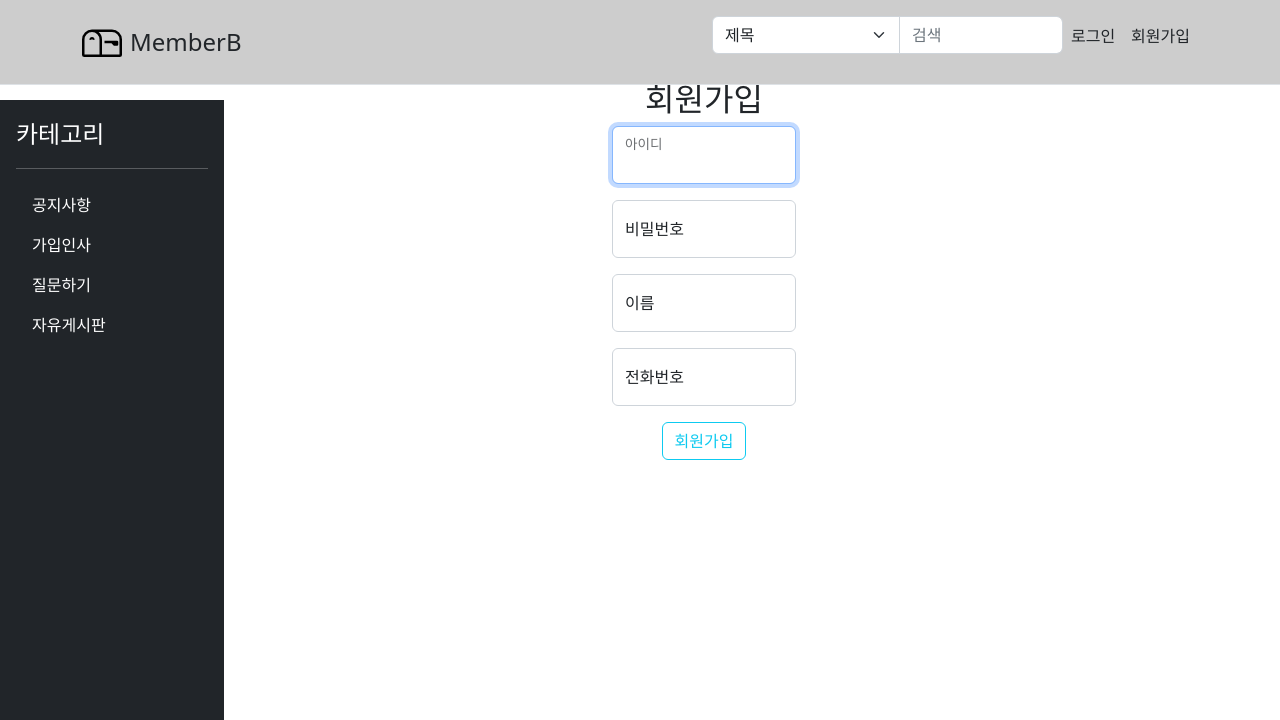
Repository: charmErin/board_220915
Page: http://localhost/board/WEB-INF/views/member/save.jsp
The author's editor kept a copy of each file at every save. The page is drawn from the files as they stood at one save, then again after the next save.
The browser window is 1280 px wide. The pictures show the whole page.
The page is served by Tomcat 9. Nobody is signed in. Other server files are loaded and not shown. The template is opened directly, without the code that normally fills it, so the values that code supplies are empty.

Above is the page before, as saved 2022-09-16 02:48:24.

### board/src/main/webapp/WEB-INF/views/member/save.jsp
<%@ page language="java" contentType="text/html; charset=UTF-8"
    pageEncoding="UTF-8"%>
<!DOCTYPE html>
<html>
<head>
<meta charset="UTF-8">
<title>Insert title here</title>
<script src="https://code.jquery.com/jquery-3.6.0.min.js"></script>
</head>
<style>
	.body-content {
		margin-top: 5rem;
		margin-left: 15rem;
		padding-left: 3rem;
		padding-right: 10rem;
	}

	h2 {
		text-align: center;
		margin-bottom: 50px;
	}
</style>
<body>
	<%@include file ="../layout/header.jsp" %>
	<div class="body-content">
	<div class="container col-3">
		<h2>회원가입</h2>
		<form action="/member/save" method="post" name="saveForm">
			<div class="form-floating mb-3">
			  <input type="text" name="loginId" class="form-control" id="loginId" onblur="idCheck()" placeholder="아이디" autofocus>
			  <label for="loginId">아이디</label>
			</div>
			<p id="id-check-msg"></p>
			<div class="form-floating mb-3">
			  <input type="password" name="memberPassword" class="form-control" id="floatingInput" placeholder="비밀번호">
			  <label for="floatingInput">비밀번호</label>
			</div>
			<div class="form-floating mb-3">
			  <input type="text" name="memberName" class="form-control" id="floatingInput" placeholder="이름">
			  <label for="floatingInput">이름</label>
			</div>
			<div class="form-floating mb-3">
			  <input type="text" name="memberMobile" class="form-control" id="floatingInput" placeholder="전화번호">
			  <label for="floatingInput">전화번호</label>
			</div>
			<input type="button" class="btn btn-outline-info d-grid mx-auto" onclick="memberSave()" value="회원가입">
		</form>
	</div>
	</div>
</body>
<script>
	let dupCheck = false;

	const idCheck = () => {
		const loginId = document.getElementById("loginId").value;
		const idCheckMsg = document.getElementById("id-check-msg");

		if (loginId.legnth != 0) {

			$.ajax({
				type: "post",
				url: "/member/dup-check",
				data: {"loginId": loginId},
				dataType: "text",
				success: function(result) {
					if (result == "ok") {
						dupCheck = true;
						idCheckMsg.innerHTML = '사용가능한 아이디 입니다.';
						idCheckMsg.style.color = 'green';
					} else {
						dupCheck = false;
						idCheckMsg.innerHTML = '이미 사용중인 아이디입니다.';
						idCheckMsg.style.color = 'red';
					}
				}
			});
		} else {
			idCheckMsg.innerHTML = "필수 입력 항목입니다.";
			idCheckMsg.style.color = "red";
		}
	}

	const memberSave = () => {
		if (dupCheck) {
			saveForm.submit();
		} else {
			document.getElementById("loginId").focus();
			alert("아이디를 확인해 주세요.");
		}
	}

</script>
</html>

### board/src/main/webapp/WEB-INF/views/layout/header.jsp
<%@ page language="java" contentType="text/html; charset=UTF-8"
    pageEncoding="UTF-8"%>
<%@ taglib uri="http://java.sun.com/jsp/jstl/core" prefix="c" %>
<%@ taglib prefix="fmt" uri="http://java.sun.com/jsp/jstl/fmt" %>
<!DOCTYPE html>
<html>
<head>
<meta charset="UTF-8">
<link href="https://cdn.jsdelivr.net/npm/bootstrap@5.2.1/dist/css/bootstrap.min.css" rel="stylesheet" integrity="sha384-iYQeCzEYFbKjA/T2uDLTpkwGzCiq6soy8tYaI1GyVh/UjpbCx/TYkiZhlZB6+fzT" crossorigin="anonymous">
<title>Insert title here</title>
<style>
	header {
		background: #CDCDCD;
	}

	.side-bar {
		width: 14rem;
		height: 100%;
		margin-top: 2rem;
		position: fixed;
		display: inline !important;
	}
</style>
</head>
<body>
	<header class="py-3 border-bottom header-fix fixed-top">
		<div class="container d-flex flex-wrap justify-content-center">
			<a href="/" class="d-flex align-items-center mb-3 mb-lg-0 me-lg-auto text-dark text-decoration-none">
				<img src="../../../resources/svg/mailbox.svg" width="40" height="40">
				<span class="fs-4 m-2">
					MemberB
				</span>
			</a>
			<form class="col-md-auto" action="/board/search" method="get">
				<div class="input-group">
					<select class="form-select" name="searchType">
						<option value="boardTitle">제목</option>
						<option value="boardWriter">작성자</option>
						<option value="boardContetns">내용</option>
					</select>
					<input class="form-control col-2" type="text" name="q" placeholder="검색" aria-label="Search">
				</div>
			</form>
			<div>
				<c:choose>
					<c:when test="${sessionScope.id == null}">
						<ul class="nav">
							<li class="nav-item">
								<a href="/member/login-form" class="nav-link link-dark px-2">로그인</a>
							</li>
							<li class="nav-item">
								<a href="/member/save-form" class="nav-link link-dark px-2">회원가입</a>
							</li>
						</ul>
					</c:when>
					<c:otherwise>
						<ul class="nav">
							<li class="nav-item">
								<a href="/member/detail/${sessionScope.id}" class="nav-link link-dark px-2">${sessionScope.memberName}</a>
							</li>
							<c:if test="${sessionScope.loginId eq 'admin'}">
								<li class="nav-item">
									<a href="/member/findAll" class="nav-link link-dark px-2">회원목록</a>
								</li>
							</c:if>
							<li class="nav-item">
								<a href="/member/logout" class="nav-link link-dark px-2">로그아웃</a>
							</li>
						</ul>
					</c:otherwise>
				</c:choose>
			</div>
		</div>
		<div class="d-flex flex-column flex-shrink-0 p-3 text-bg-dark side-bar">
			<span class="fs-4">카테고리</span>
			<hr>
			<ul class="nav nav-pills flex-column mb-auto">
				<li class="nav-item">
					<a href="/board/1" class="nav-link text-white">공지사항</a>
				</li>
				<li>
					<a href="/board/2" class="nav-link text-white">가입인사</a>
				</li>
				<li>
					<a href="/board/3" class="nav-link text-white">질문하기</a>
				</li>
				<li>
					<a href="/board/4" class="nav-link text-white">자유게시판</a>
				</li>
			</ul>
		</div>
	</header>
</body>
</html>

### board/src/main/webapp/resources/svg/mailbox.svg
<svg xmlns="http://www.w3.org/2000/svg" width="16" height="16" fill="currentColor" class="bi bi-mailbox" viewBox="0 0 16 16">
  <path d="M4 4a3 3 0 0 0-3 3v6h6V7a3 3 0 0 0-3-3zm0-1h8a4 4 0 0 1 4 4v6a1 1 0 0 1-1 1H1a1 1 0 0 1-1-1V7a4 4 0 0 1 4-4zm2.646 1A3.99 3.99 0 0 1 8 7v6h7V7a3 3 0 0 0-3-3H6.646z"/>
  <path d="M11.793 8.5H9v-1h5a.5.5 0 0 1 .5.5v1a.5.5 0 0 1-.5.5h-1a.5.5 0 0 1-.354-.146l-.853-.854zM5 7c0 .552-.448 0-1 0s-1 .552-1 0a1 1 0 0 1 2 0z"/>
</svg>

After the next save:
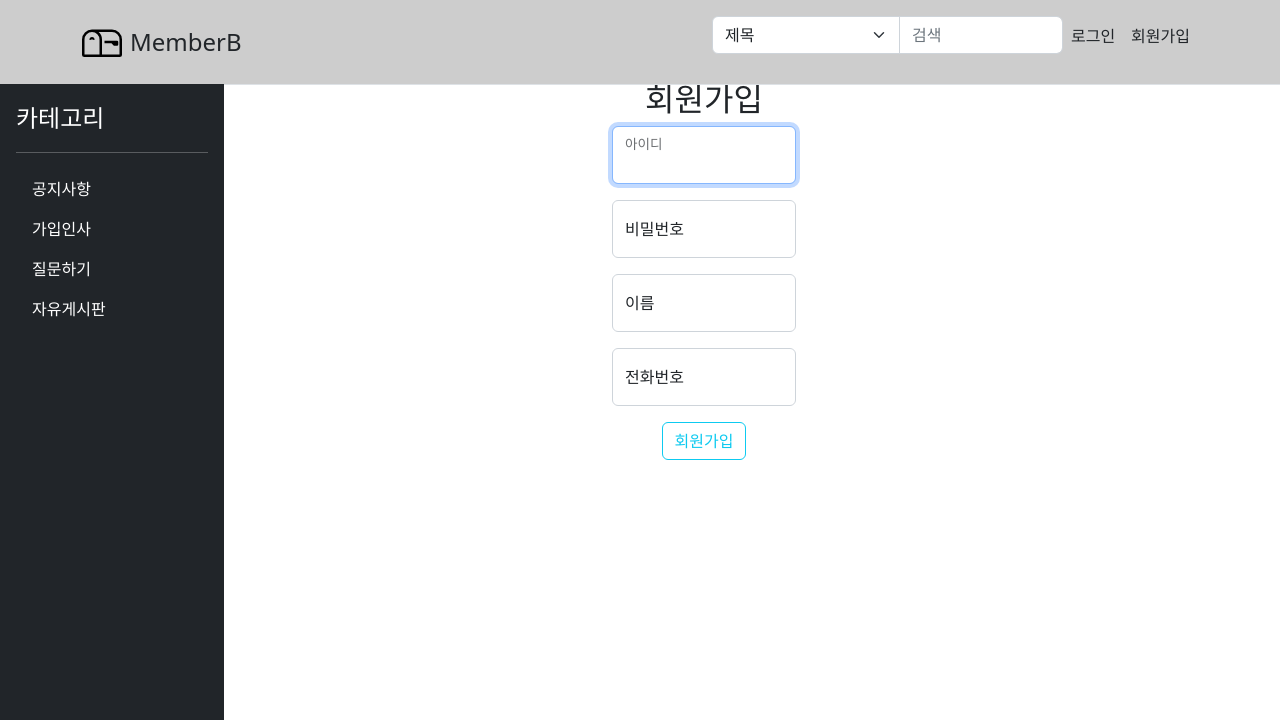
Saved 4 s later.
--- a/board/src/main/webapp/WEB-INF/views/layout/header.jsp
+++ b/board/src/main/webapp/WEB-INF/views/layout/header.jsp
@@ -16,7 +16,7 @@
 	.side-bar {
 		width: 14rem;
 		height: 100%;
-		margin-top: 2rem;
+		margin-top: 1rem;
 		position: fixed;
 		display: inline !important;
 	}
